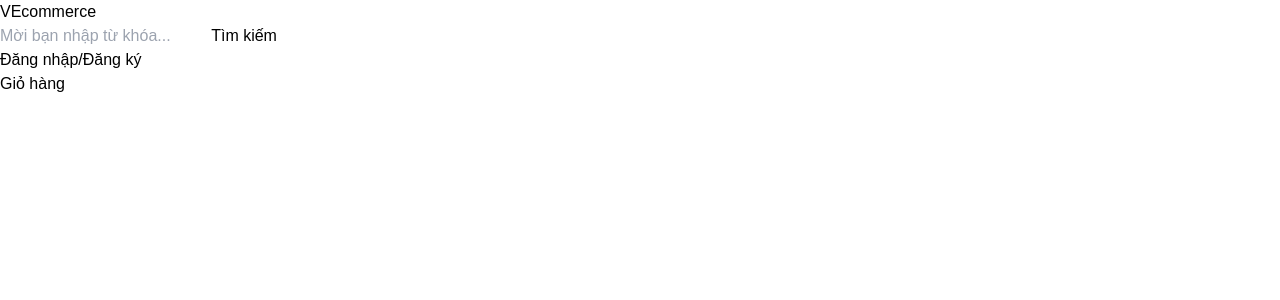
Repository: thienthanhvinh/VEcommerce
Page: public/home.html
The author's editor kept a copy of each file at every save. The page is drawn from the files as they stood at one save, then again after a run of saves.
The browser window is 1280 px wide. The pictures show the whole page.

Above is the page before, as saved 2022-11-18 12:43:25.

After the next 2 saves:
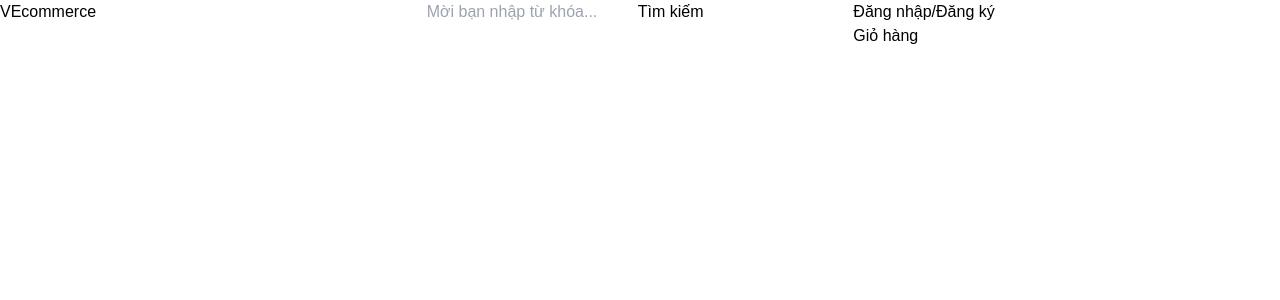
The 2 saves are shown as one change because they came seconds apart.
The last was saved 34 s later.
--- a/public/home.html
+++ b/public/home.html
@@ -14,7 +14,7 @@
     />
   </head>
   <body>
-    <div class="">
+    <div class="grid grid-cols-3">
       <div>
         <h3>VEcommerce</h3>
       </div>
